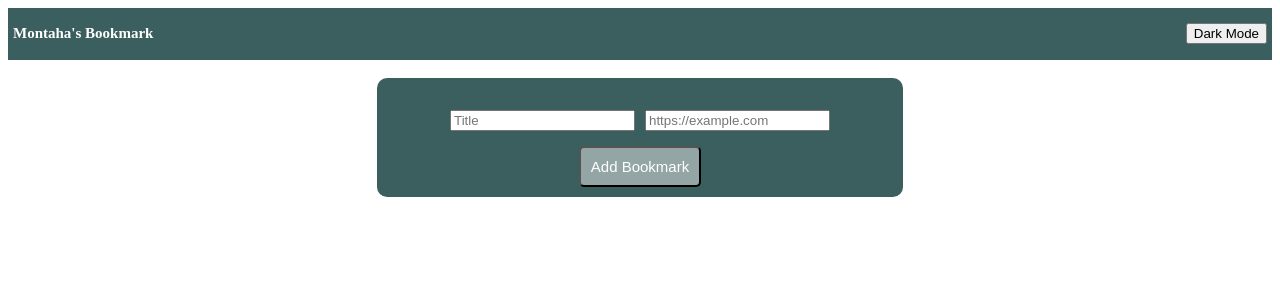
Repository: eidimontaha18-maker/finalproject
Page: index.html
These files come from the project's save history. The page is drawn as it stood at one moment and after the next save; the edit follows.
The browser window is 1280 px wide. The pictures show the whole page.

Above is the page before, as saved 2025-11-26 01:09:28.

### index.html
<!DOCTYPE html>
<html lang="en">
<head>
    <meta charset="UTF-8">
    <meta name="viewport" content="width=device-width, initial-scale=1.0">
    <title>Montaha's Bookmark</title>
    <link rel="stylesheet" href="style.css">
</head>
<body>
    <nav>
        <h1>Montaha's Bookmark</h1>
        <button id="mode">Mode</button>
    </nav>
    <br>
    <main>
        <div class="addbookmark">
            <input type="text" placeholder="Title" id="title" />
            <input type="text" placeholder="https://example.com" id="url" />
            <br>
            <button id="addbtn">Add Bookmark</button>
        </div>
        <div>
            <ul id="bookmark-list" class="bookmark-list"></ul>
        </div>
    </main>
     <script src="script.js"></script>
</body>
</html>

### style.css
.addbookmark{
    background-color: rgb(59, 94, 94);
    padding: 10px;
    width: 40%;
    margin: auto;
    border-radius: 10px;
    text-align: center;
    font-size: 40px;
}
#addbtn{
    background-color: rgb(147, 165, 165);
    color: white;
    padding: 10px;
    border-radius: 5px;
    font-size: 15px;
    cursor: pointer;
}

nav{
    background-color: rgb(59, 94, 94);
    text-align: left;
    padding:5px;
    margin-top: 0%;
    font-size: 10px;
    color: white;
    font-weight: bold;
    display: flex;
    justify-content: space-between;
    align-items: center;
}

.bookmark-list{
    width: auto;
    margin-top: 20px;
    padding: 0;
    list-style-type: none;
    font-size: 15px
}
.bookmark-list li{
    background-color: rgb(233, 240, 240);
    margin-bottom: 10px;
    padding: 10px;
    border-radius: 5px;
    display: flex;
    justify-content:right
}
.bookmark-list li a{
    color: rgb(36, 5, 173);
    text-decoration: none;
}
.openbtn{
    background-color: rgb(147, 165, 165);
    color: white;
    padding: 5px;
    border-radius: 5px;
    font-size: 12px;
    cursor: pointer;
    margin-left: auto;
}
.deletebtn{
    background-color: rgb(255, 99, 71);
    color: white;
    padding: 5px;
    border-radius: 5px;
    font-size: 12px;
    cursor: pointer;
    margin-left: 10px;
}

### script.js
let title = document.getElementById('title');
let url = document.getElementById('url');
let addbtn = document.getElementById('addbtn');

addbtn.addEventListener('click', function() {
    let titleValue = title.value.trim();
    let urlValue = url.value.trim();

    if (titleValue === '' || urlValue === '') {
        alert('Please fill in both fields.');
        return;
    }

    if (!/^https?:\/\//i.test(urlValue)) {
        alert('URL must start with http:// or https://');
        return;
    }

    let bookmarkList = document.getElementById('bookmark-list');
    let listItem = document.createElement('li');

    let link = document.createElement('a');
    link.href = urlValue;
    link.textContent = titleValue;
    link.target = '_blank';
    link.rel = 'noopener noreferrer';

    // Create Open button
    let openBtn = document.createElement('button');
    openBtn.textContent = 'Open';
    openBtn.className = 'openbtn';
    openBtn.addEventListener('click', function() {
        window.open(urlValue, '_blank');
    });

    // Create Delete button
    let deleteBtn = document.createElement('button');
    deleteBtn.textContent = 'Delete';
    deleteBtn.className = 'deletebtn';
    deleteBtn.addEventListener('click', function() {
        listItem.remove();
    });

    listItem.appendChild(link);
    listItem.appendChild(openBtn);
    listItem.appendChild(deleteBtn);
    bookmarkList.appendChild(listItem);

    title.value = '';
    url.value = '';
});

let modeBtn = document.getElementById('mode');
if (modeBtn) {
    modeBtn.textContent = 'Dark Mode';


    if (localStorage.getItem('darkMode') === 'true') {
        document.body.classList.add('dark-mode');
        modeBtn.textContent = 'Light Mode';
    }

    modeBtn.addEventListener('click', function() {
        document.body.classList.toggle('dark-mode');
        modeBtn.textContent = document.body.classList.contains('dark-mode') ? 'Light Mode' : 'Dark Mode';
        localStorage.setItem('darkMode', document.body.classList.contains('dark-mode'));
    });
}

After the next save:
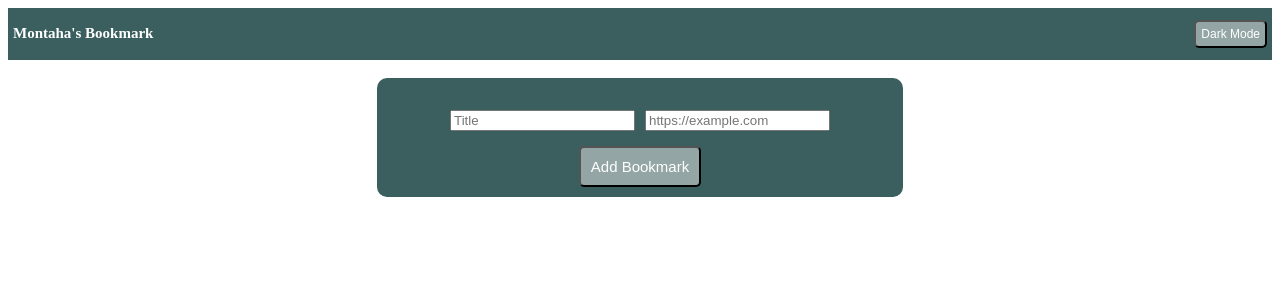
Saved 50 s later.
--- a/style.css
+++ b/style.css
@@ -66,3 +66,12 @@ nav{
     cursor: pointer;
     margin-left: 10px;
 }
+
+#mode{
+    background-color: rgb(147, 165, 165);
+    color: white;
+    padding: 5px;
+    border-radius: 5px;
+    font-size: 12px;
+    cursor: pointer;
+}
